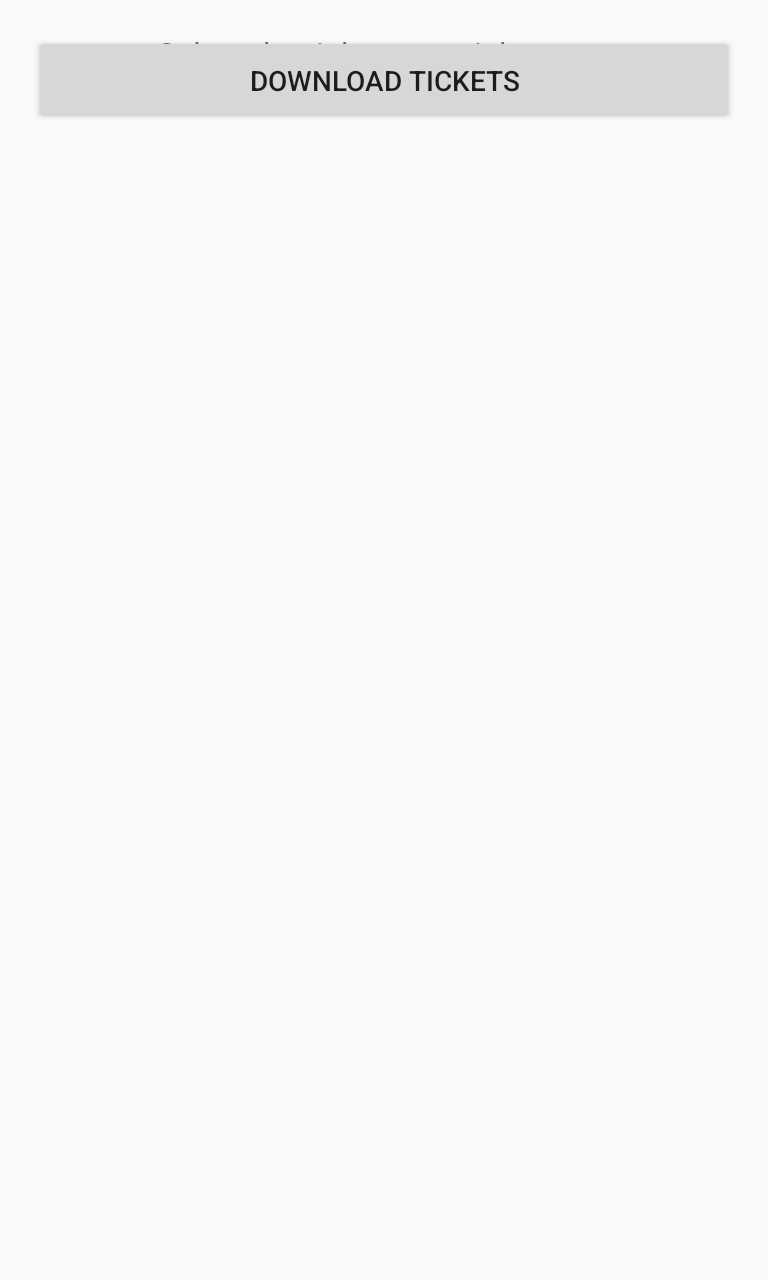
Repository: j-leon/workspace
Layout: ShorexTickets/res/layout/activity_main.xml
The author's editor kept a copy of each file at every save. The layout is drawn from the files as they stood at one save, then again after the next save.
It is drawn on a 768 x 1280 px phone screen (xhdpi) without system bars, with theme AppTheme; the app's code is not run. Lists and similar views that code fills are empty. The app's manifest (not shown) leaves right-to-left support off. So textAlignment, textDirection and layoutDirection are ignored, and left and right values win over start and end ones.

Above is the layout before, as saved 2014-09-26 18:46:51.

After the next save:
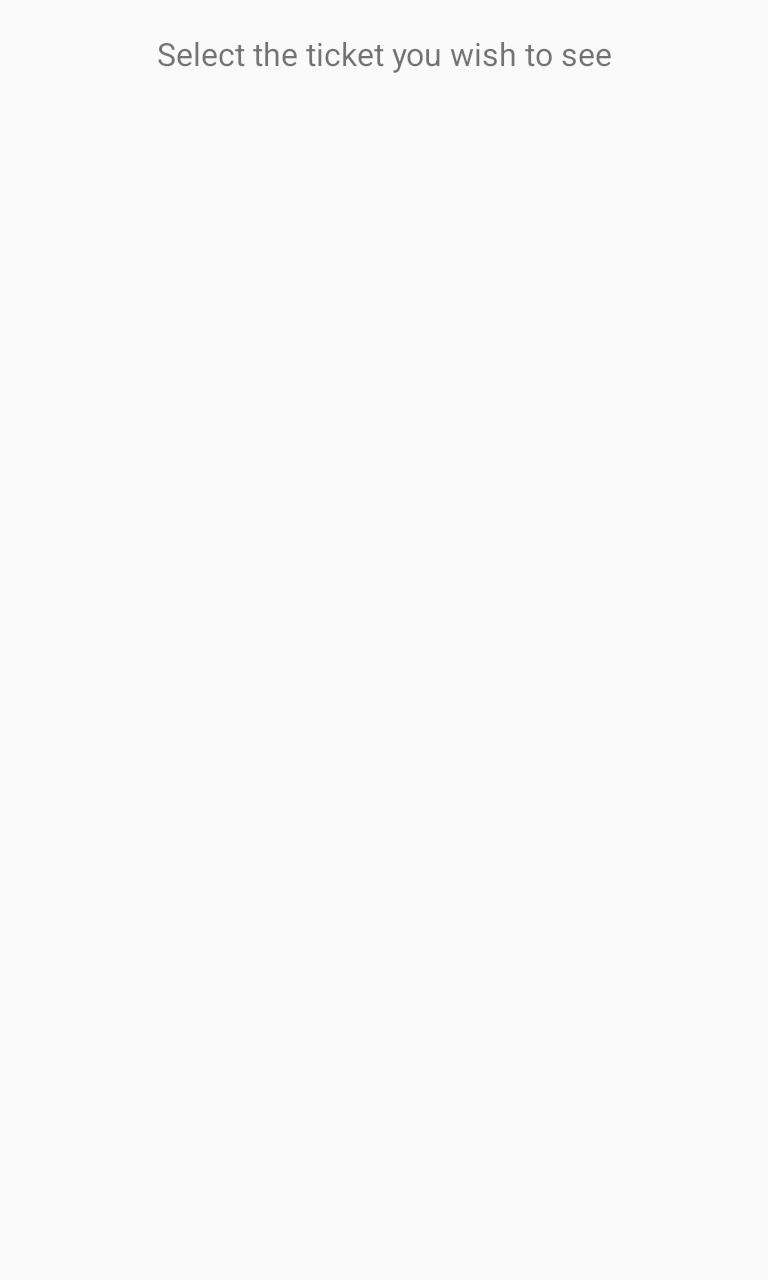
Saved 48 s later.
--- a/ShorexTickets/res/layout/activity_main.xml
+++ b/ShorexTickets/res/layout/activity_main.xml
@@ -22,7 +22,6 @@
         android:layout_height="wrap_content"
         android:layout_alignParentBottom="true"
         android:layout_below="@+id/mainText"
-        android:layout_above="@+id/downButton"
         android:layout_centerHorizontal="true"
         android:drawSelectorOnTop="true" >
 
@@ -33,6 +32,7 @@
        	android:layout_width="match_parent"
        	android:layout_height="wrap_content"
        	android:text="@string/downButton"
+       	android:layout_below="@+id/listView1"
     />
 
 

After the save that followed:
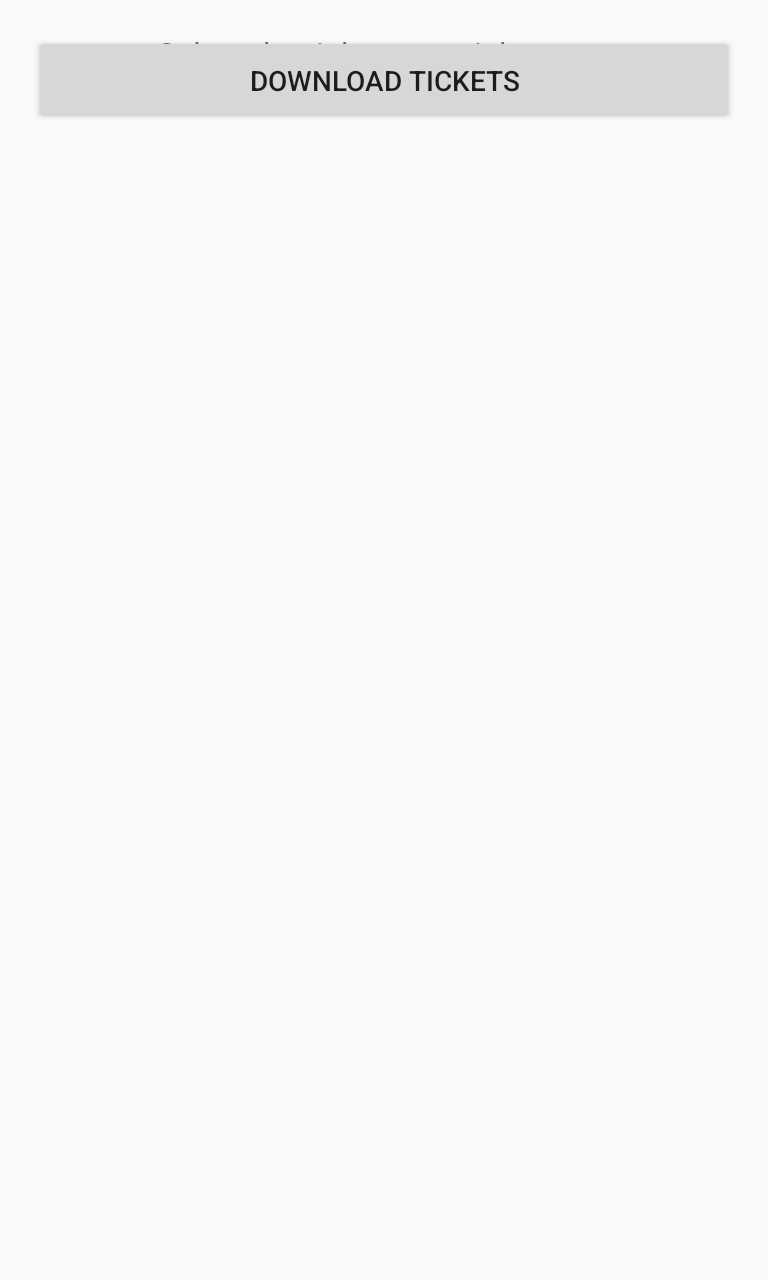
Saved 6 min 31 s later.
--- a/ShorexTickets/res/layout/activity_main.xml
+++ b/ShorexTickets/res/layout/activity_main.xml
@@ -32,7 +32,7 @@
        	android:layout_width="match_parent"
        	android:layout_height="wrap_content"
        	android:text="@string/downButton"
-       	android:layout_below="@+id/listView1"
+       	android:layout_toEndOF="@+id/listView1"
     />
 
 
